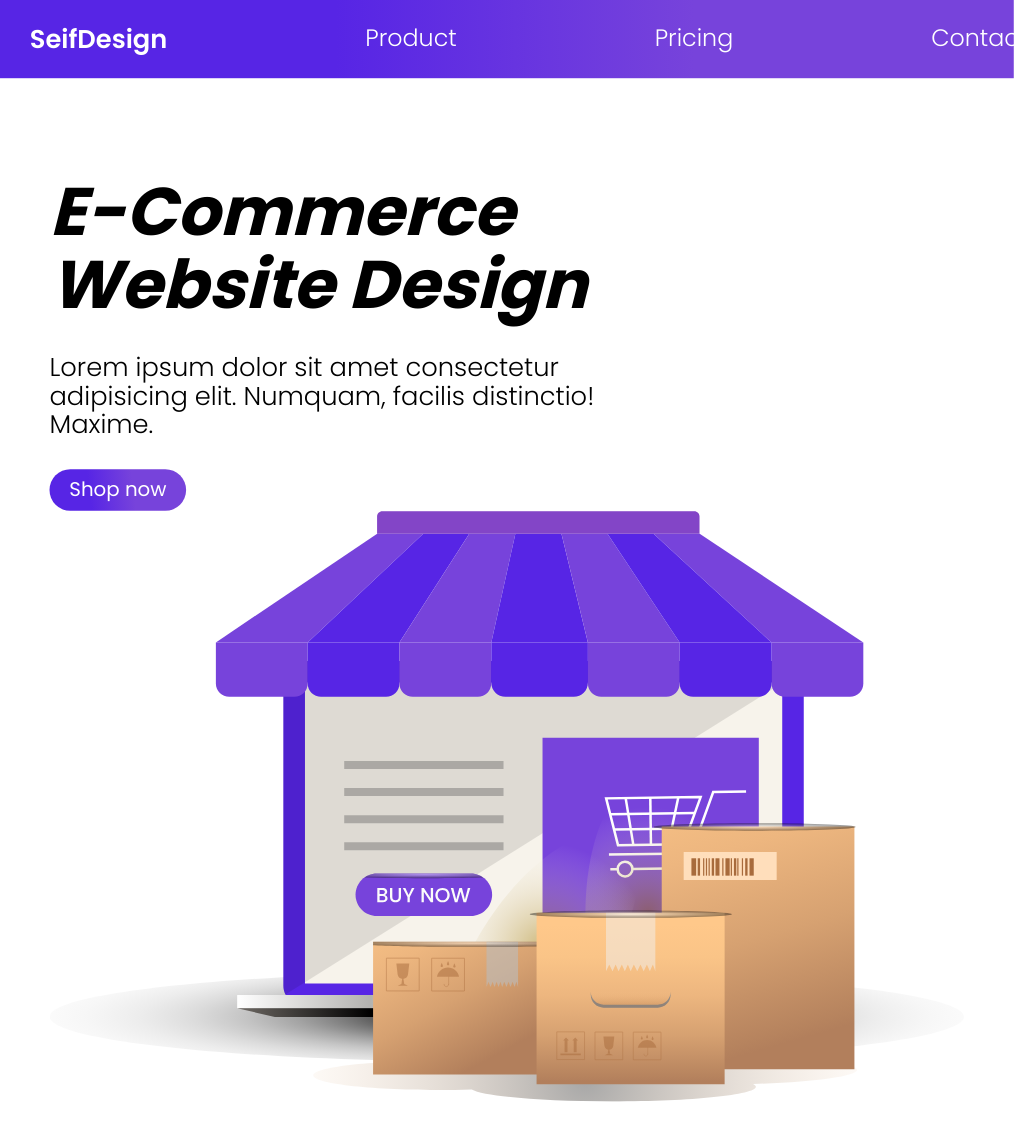
Repository: MehdiKerimov/figma-task-19
Page: pages/homePage/index.html
These files come from the project's save history. The page is drawn as it stood at one moment and after the next save; the edit follows.
The browser window is 1024 px wide. The page is 1038 px wide, so the pictures cover 1038 px, including what lies to the right of the window. The pictures show the whole page, at 99% of full size.
The style sheet was rebuilt from its Sass, Less or Tailwind sources for each picture, by a compiler version that may differ from the author's.

Above is the page before, as saved 2024-01-20 15:31:52.

After the next save:
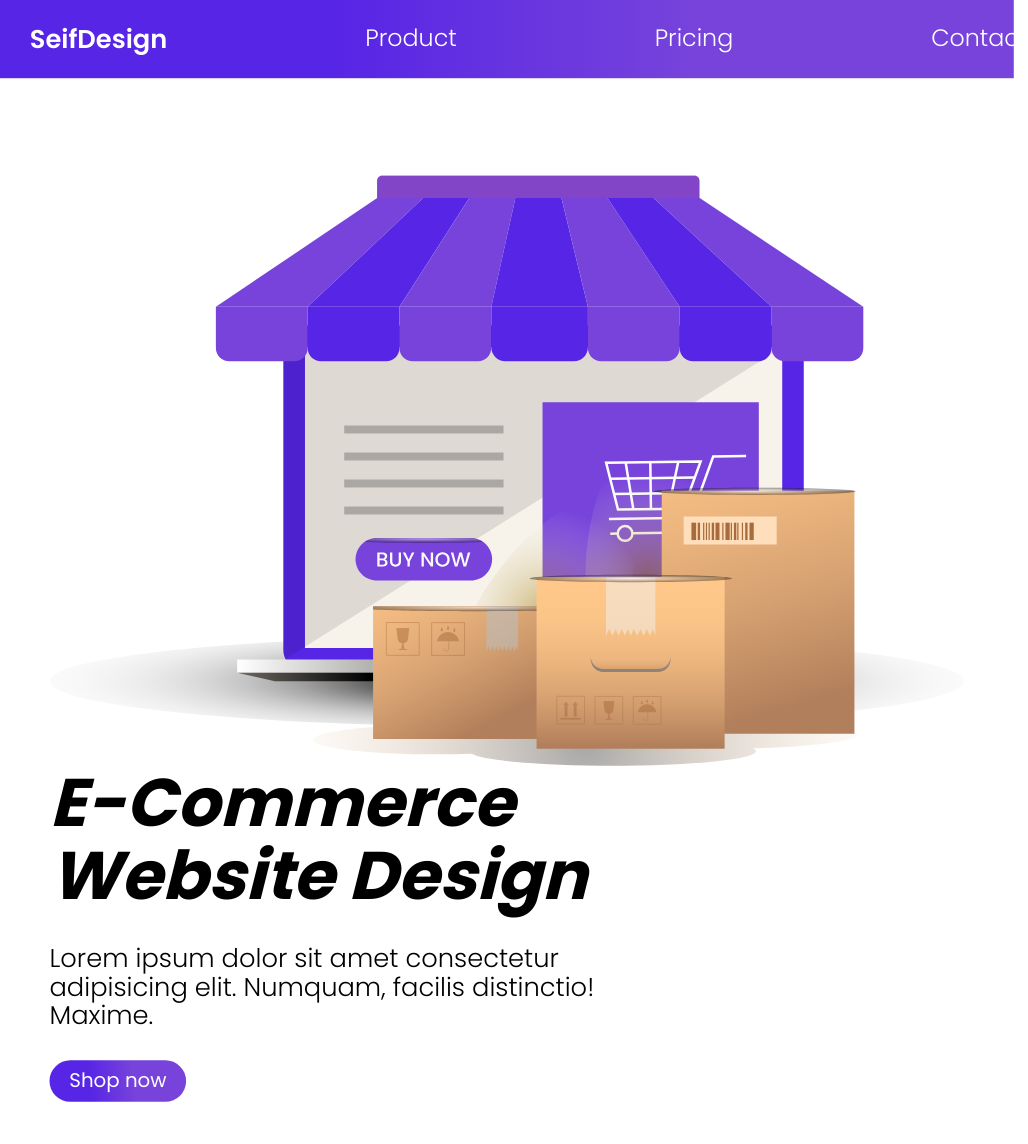
Saved 11 s later.
--- a/pages/homePage/index.scss
+++ b/pages/homePage/index.scss
@@ -30,7 +30,7 @@
     display: flex;
     padding: 98px 50px 43px 50px;
     @media screen and (max-width:1024px) {
-      flex-direction: column;
+      flex-direction: column-reverse;
     }
     h2 {
       width: 608px;
